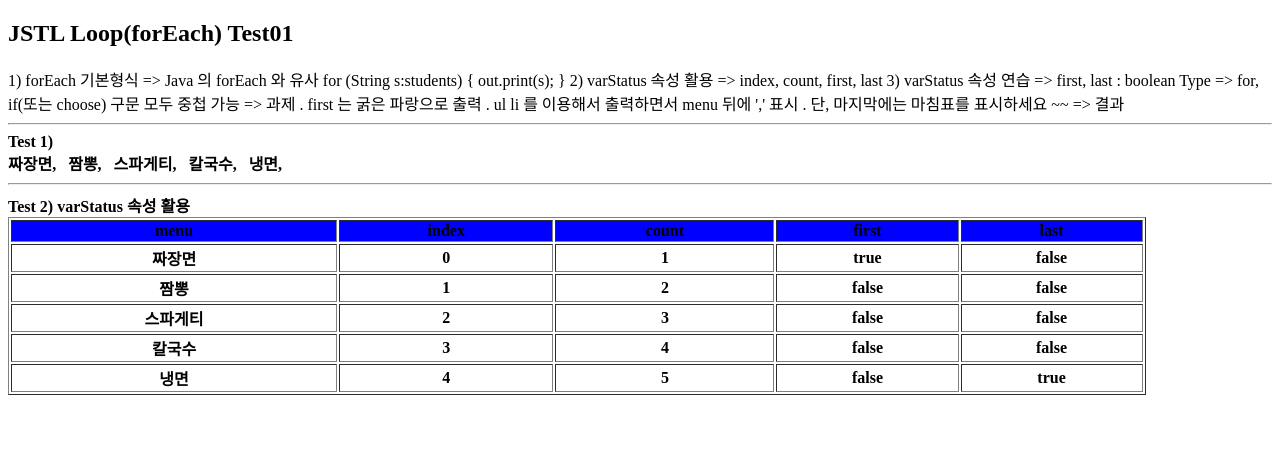
Repository: nameground/Java
Page: http://localhost/Web01/jsp05_JSTL/ex03_For01.jsp
An editor plug-in stored every save of this project. The page is shown before and after the next save, followed by the edit.
The browser window is 1280 px wide. The pictures show the whole page.
The page is served by Tomcat 9. Nobody is signed in. The application's start-up code is not run. Other server files are loaded and not shown.

Above is the page before, as saved 2023-10-13 07:58:32.

### mTest/Mywork/Web01/src/main/webapp/jsp05_JSTL/ex03_For01.jsp
<%@ page language="java" contentType="text/html; charset=UTF-8"
    pageEncoding="UTF-8"%>
<%@ taglib uri="http://java.sun.com/jsp/jstl/core" prefix="c" %>
<!DOCTYPE html>
<html>
<head>
<meta charset="UTF-8">
<title>JSTL Loop(forEach) Test01</title>
<%
	String [] menu = {"짜장면", "짬뽕", "스파게티", "칼국수", "냉면"};
	pageContext.setAttribute("menuList", menu);
%>
</head>
<body>
<h2>JSTL Loop(forEach) Test01</h2>
1) forEach 기본형식
=> Java 의 forEach 와 유사
   for (String s:students) {  out.print(s); }

2) varStatus 속성 활용
=> index, count, first, last

3) varStatus 속성 연습
=> first, last : boolean Type
=> for, if(또는 choose) 구문 모두 중첩 가능
=> 과제
   . first 는 굵은 파랑으로 출력
   . ul li 를 이용해서 출력하면서 menu 뒤에 ',' 표시
   . 단, 마지막에는 마침표를 표시하세요 ~~
=> 결과
</pre><hr>
<b>
Test 1) <br>
<c:forEach var="menu" items="${menuList}">
	${menu}, &nbsp;
</c:forEach>
<hr>
Test 2) varStatus 속성 활용
<table border="1" style="text-align:center; width:90%;">
	<tr style="background-color:blue;">
		<th>menu</th>
		<th>index</th>
		<th>count</th>
		<th>first</th>
		<th>last</th>
	</tr>
	<c:forEach var="menu" items="${menuList}" varStatus="vs">
		<tr>
			<td>${menu}</td>
			<td>${vs.index}</td>
			<td>${vs.count}</td>
			<td>${vs.first}</td>
			<td>${vs.last}</td>
		</tr>
	</c:forEach>
</table>
<br>
</body>
</html>

After the next save:
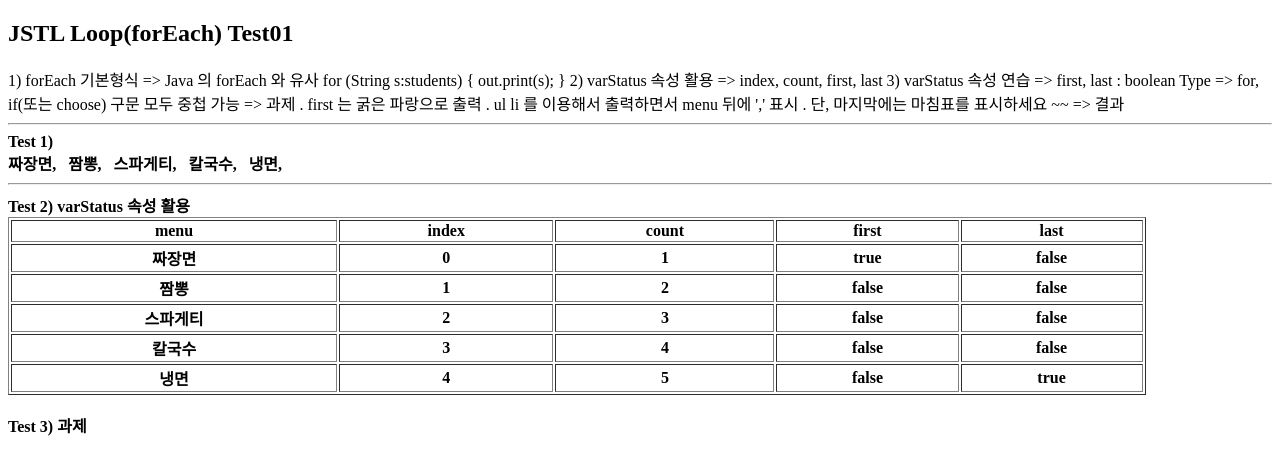
Saved 61 s later.
--- a/mTest/Mywork/Web01/src/main/webapp/jsp05_JSTL/ex03_For01.jsp
+++ b/mTest/Mywork/Web01/src/main/webapp/jsp05_JSTL/ex03_For01.jsp
@@ -37,7 +37,7 @@ Test 1) <br>
 <hr>
 Test 2) varStatus 속성 활용
 <table border="1" style="text-align:center; width:90%;">
-	<tr style="background-color:blue;">
+	<tr style="background-color:deeporange;">
 		<th>menu</th>
 		<th>index</th>
 		<th>count</th>
@@ -55,5 +55,6 @@ Test 2) varStatus 속성 활용
 	</c:forEach>
 </table>
 <br>
+Test 3) 과제
 </body>
 </html>
